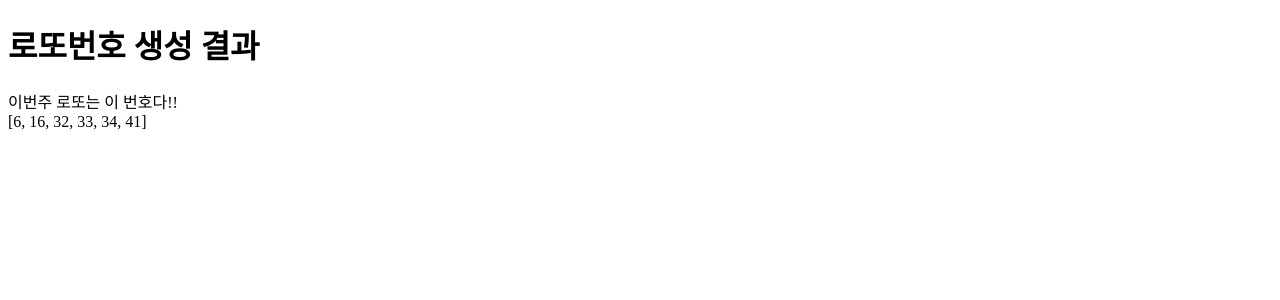
Repository: gowjd4419/jsp
Page: http://localhost/JSPBasic/jsptag/tag_quiz03.jsp
These files come from the project's save history. The page is drawn as it stood at one moment and after a run of saves; the edit follows.
The browser window is 1280 px wide. The pictures show the whole page.
The page is served by Tomcat 9.

Above is the page before, as saved 2022-03-24 08:50:42.

After the next 2 saves:
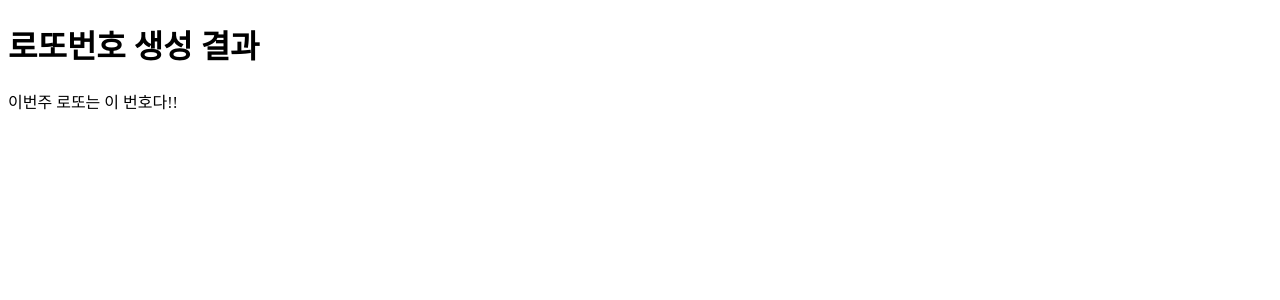
The 2 saves are shown as one change because 1 did not build or start.
The last was saved 24 min 21 s later.
--- a/JSPBasic/src/main/webapp/jsptag/tag_quiz03.jsp
+++ b/JSPBasic/src/main/webapp/jsptag/tag_quiz03.jsp
@@ -12,30 +12,20 @@
 
  이번주 로또는 이 번호다!!<br>
 
- <%
-
-int lottos[] = new int[6];
-int selectNum = 0;
-boolean flag = false;
-
-
-for(int i=0; i<lottos.length; i++) {
-	do{
-		selectNum = (int)(Math.random()*45)+1;
-		for(int j=0; j<i; j++) {
-			if(selectNum == lottos[j]) {
-				flag = true;
-				break;
-			}
-			flag = false;
-		}
-	}while(flag);
-
-	lottos [i] = selectNum;
-}
-
-Arrays.sort(lottos);
-out.println(Arrays.toString(lottos));
+<%
+   List<Integer> lotto = new ArrayList<>();
+   while(true){
+	   int rn = (int)(Math.random()*45)+1;
+	   // contains(): 리스트 내부에 해당 객체가 존재하면 true를 리턴.
+	   if (!lotto.contains(rn)){
+		   lotto.add(rn);
+	   }
+	   if(lotto.size() == 6){
+		   break;
+	   }
+   }
+   // 리스트의 오름차 정렬방법.
+   Collections.sort(lotto);
 
 %>
 
